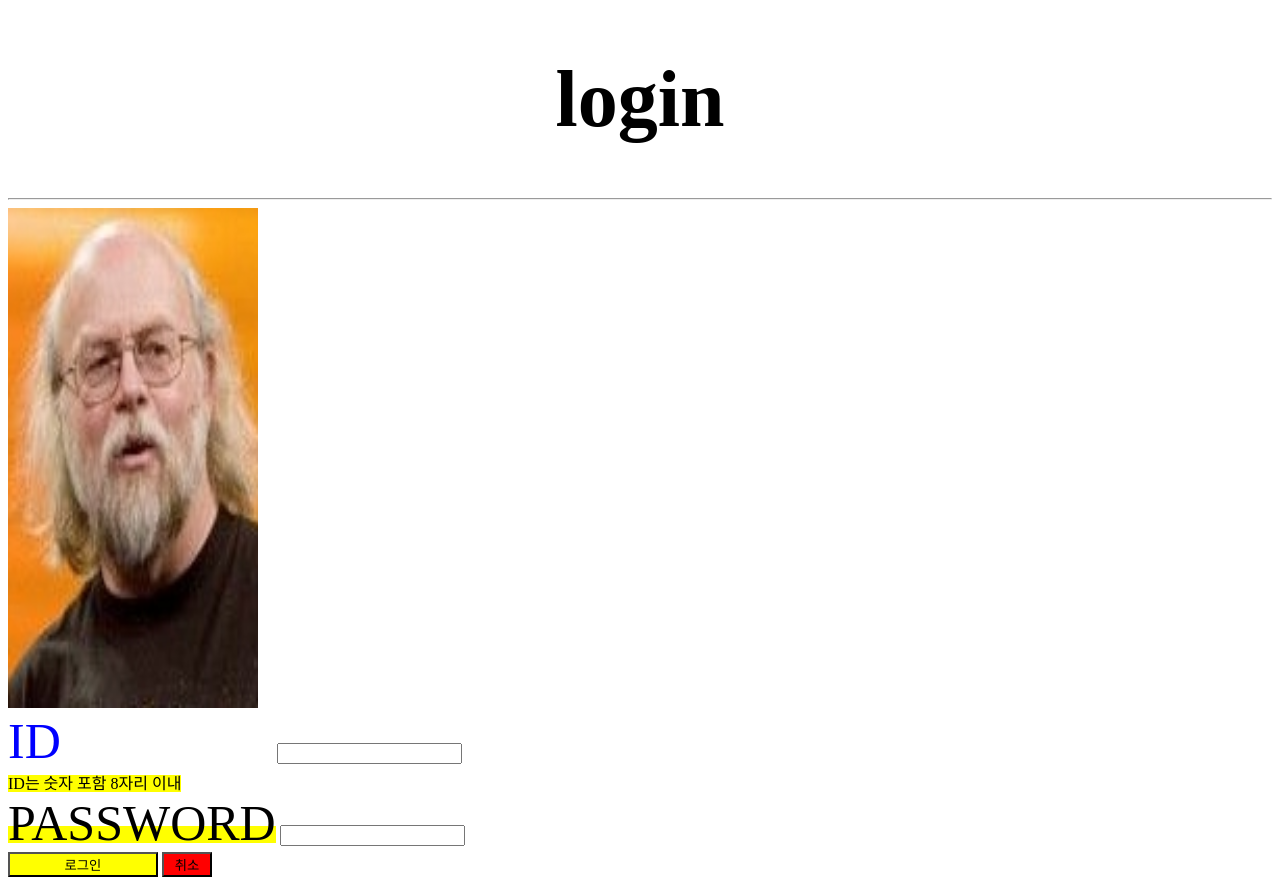
Repository: jeonghyunseok/GMSUI
Page: GMSUI/WebContent/member/login.html
The author's editor kept a copy of each file at every save. The page is drawn from the files as they stood at one save, then again after the next save.
The browser window is 1280 px wide. The pictures show the whole page.

Above is the page before, as saved 2017-07-19 08:14:19.

After the next save:
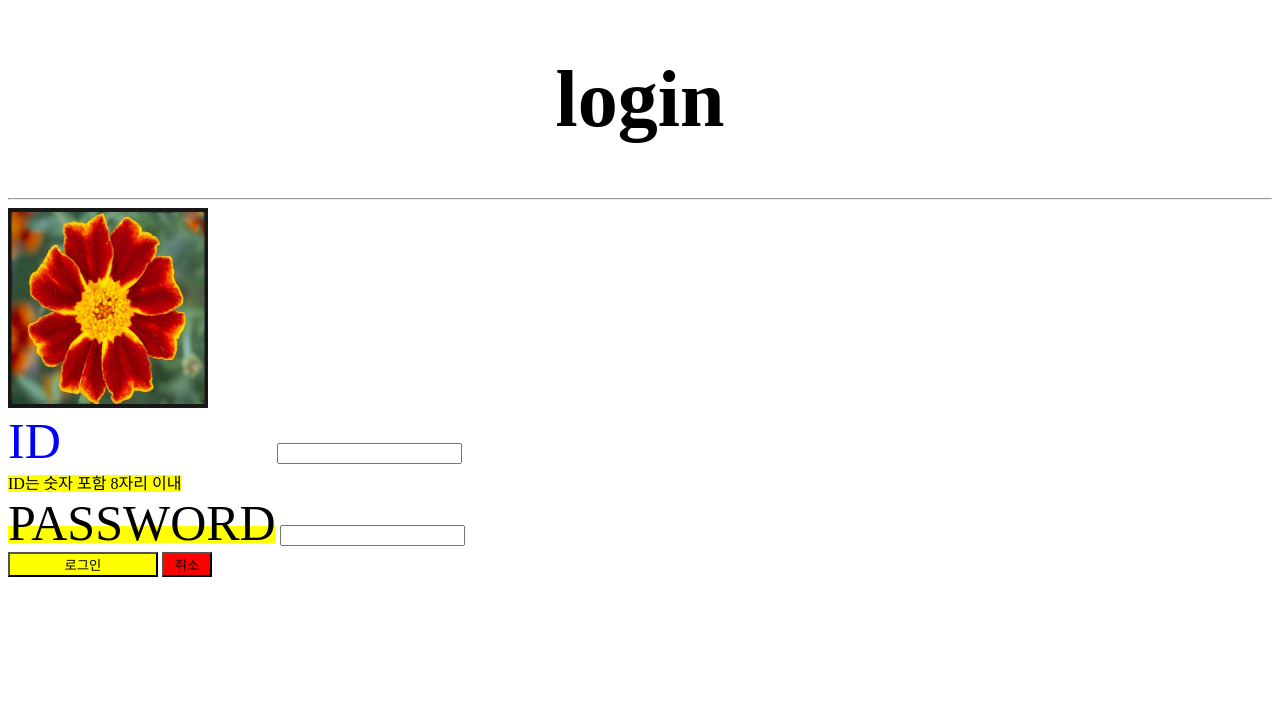
Saved 63 s later.
--- a/GMSUI/WebContent/member/login.html
+++ b/GMSUI/WebContent/member/login.html
@@ -23,7 +23,7 @@
 <!-- 로그인 화면 -->
 	<h1 style="font-size:80px;" class="text-center">login</h1>
 	<hr />
-	<img src="../img/jam.jpg" style="width: 250px;height: 500px" alt="" /><br />
+	<img src="../img/꽃.jpg" style="width: 200px;height: 200px" alt="" /><br />
 	<span style="font-size:50px;width:265px;" class="display-inline color-blue">ID</span>
 	<input type="text" /><br />
 	<mark>ID는 숫자 포함 8자리 이내</mark><br />
